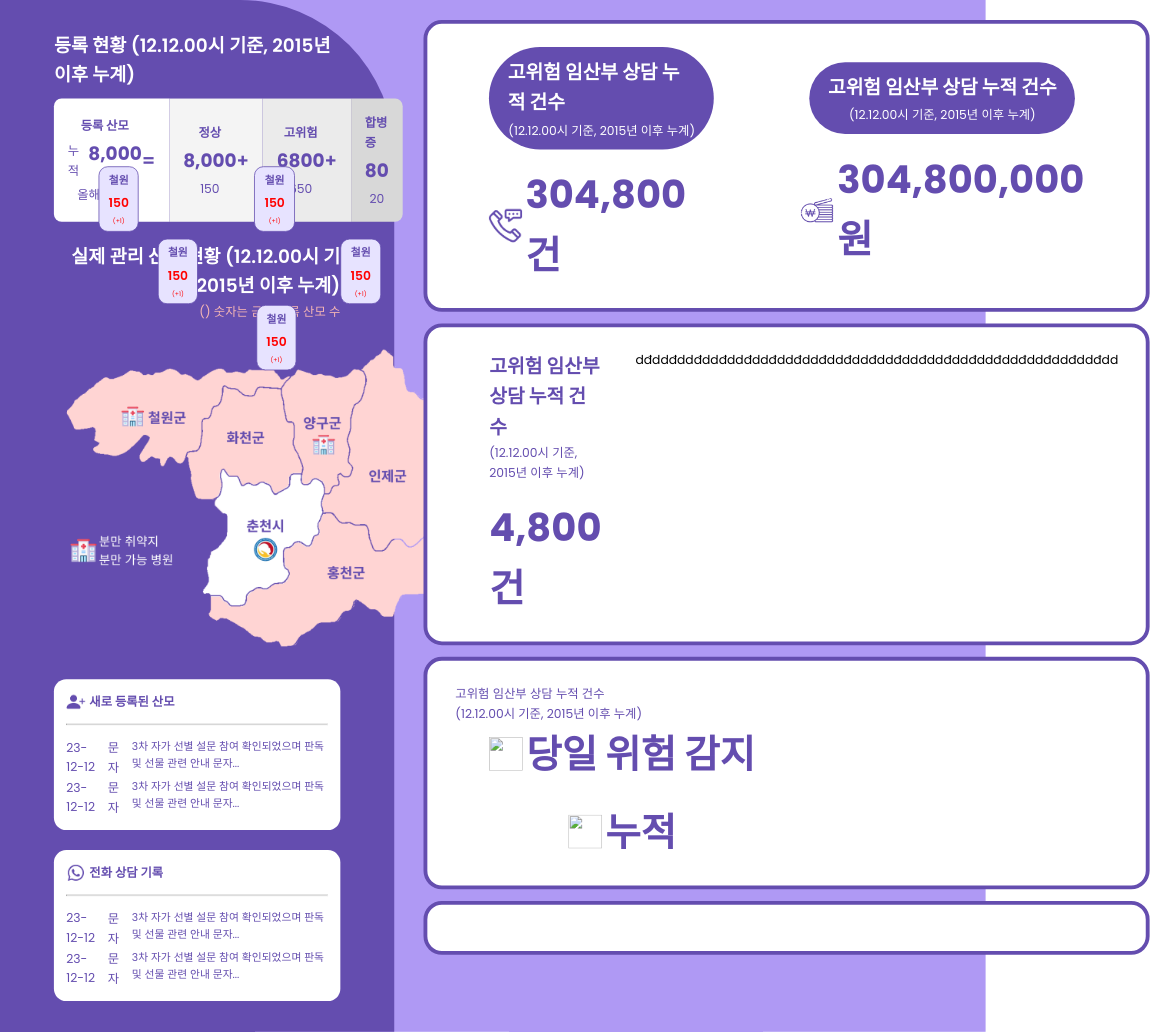
Repository: giapchicuong/Perganancy_Web
Page: index.html
The author's editor kept a copy of each file at every save. The page is drawn from the files as they stood at one save, then again after the next save.
The browser window is 1280 px wide. The page is 1493 px wide, so the pictures cover 1493 px, including what lies to the right of the window. The pictures show the whole page, at 77% of full size.

Above is the page before, as saved 2024-03-07 12:39:04.

After the next save:
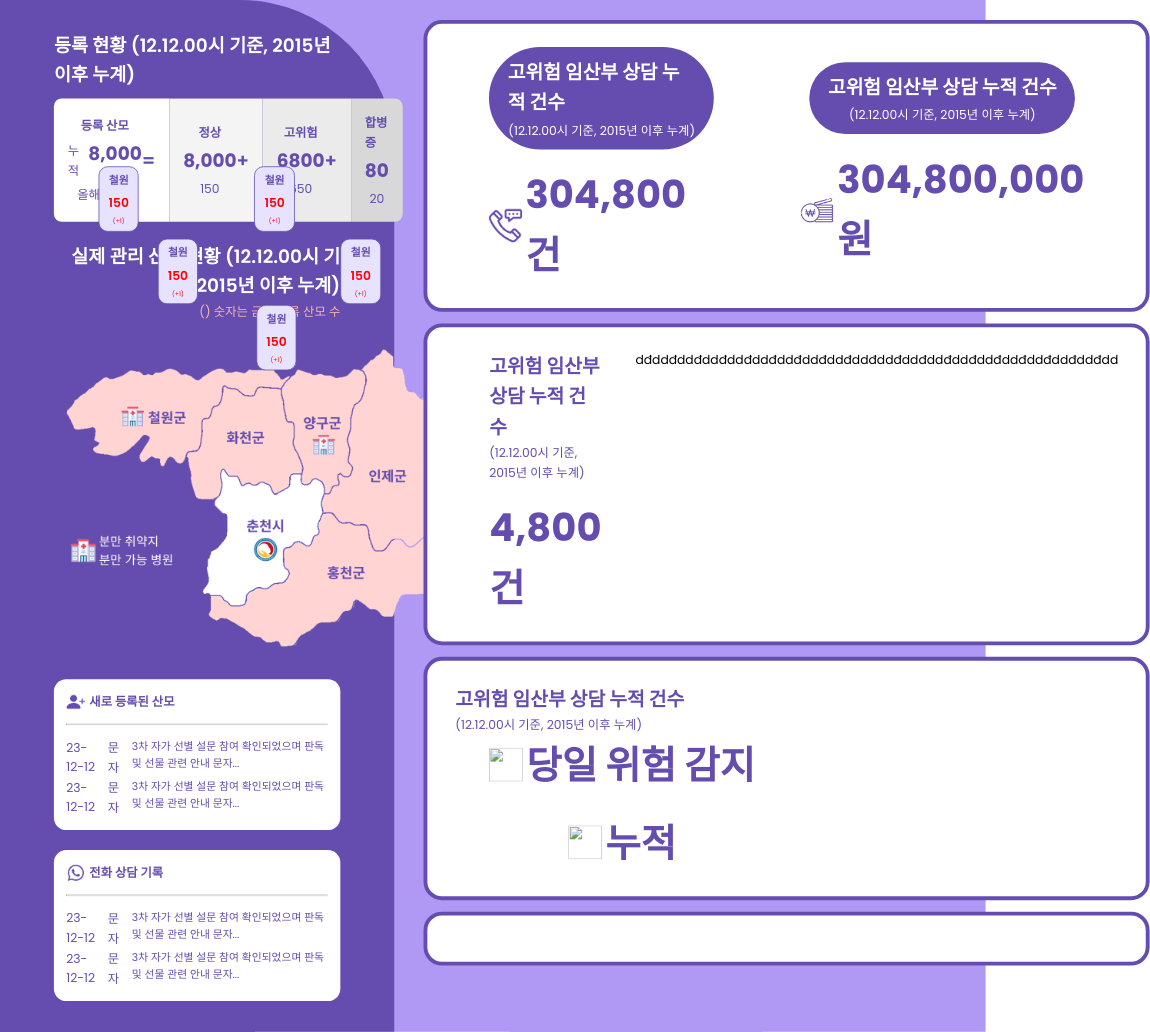
Saved 5 min 33 s later.
--- a/assets/style.css
+++ b/assets/style.css
@@ -232,7 +232,7 @@
     align-items: center;
     margin: 0px 44px;
 }
-.advertising-right-item-top-left__messenger--title, .advertising-right-item-left__title, .advertising-right-item-top__title{
+.advertising-right-item-top-left__messenger--title, .advertising-right-item-left__title, .advertising-right-item-top__title, .advertising-right-item__header-left--title{
     font-size: 25px;
     font-weight: 700;
 }
